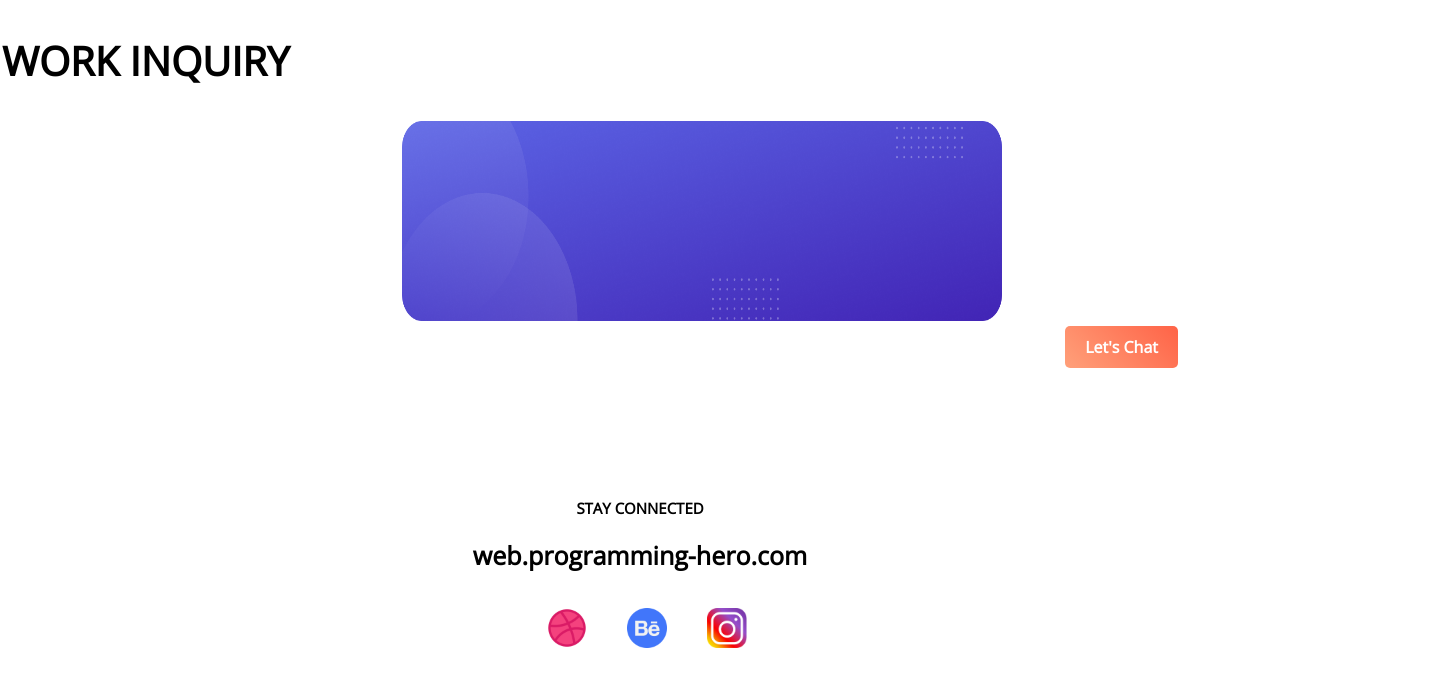
Repository: sabbircse3/personal-website
Page: index.html
These files come from the project's save history. The page is drawn as it stood at one moment and after a run of saves; the edit follows.
The browser window is 1280 px wide. The page is 1442 px wide, so the pictures cover 1442 px, including what lies to the right of the window. The pictures show the part of the page from y = 2386 to 3069 px (the page is 3069 px tall).

Above is the page before, as saved 2021-01-06 03:59:50.

### index.html
<!DOCTYPE html>
<html lang="en">
<head>
    <title>personal-website</title>
    <link rel="preconnect" href="https://fonts.gstatic.com">
    <link href="https://fonts.googleapis.com/css2?family=Open+Sans&display=swap" rel="stylesheet">
    <link rel="stylesheet" href="style.css">
</head>
<body>

        <div class="menu-1">
            <ul id="menu">
                <li><a href="#">Contact</a></li>
                <li><a href="#">Protfolio</a></li>
                <li><a href="#">Work</a></li>
                <li><a href="#">About</a></li>
            </ul>
        </div>


    <section class="top-banner ">
        <div class="half-width">
            <h1>HELLO, I'M <br> <span class="name-highlight">SABBIR HASAN</span></h1>
            <p>A full stack allaround designer that placerat in massa consectetur</p>
            <a class="link-button" target="_blank" href="https://www.linkedin.com/company/programminghero/">HIRE ME</a>
        </div>

        <div class="half-width">
            <img src="images/sabbir1.png" alt="">
        </div>
    </section>

    <section class="about ">
        <div class="half-width">
            <img src="images/sabbir1.png" alt="">
        </div>

        <div class="half-width">
            <h2> ABOUT</h2>
            <p>Lorem Ipsum is simply dummy text of the printing and typesetting industry. Lorem Ipsum has been the industry's standard dummy text ever since the 1500s, when an unknown printer took a galley of type and scrambled it to make a type specimen book.</p>
            <a class="link-button" target="_blank" href="https://www.linkedin.com/company/programminghero/">Download CV</a>
        </div>

    </section>

    <section class="experience-area">
        <h2 id="head-center"><span class="name-highlight">LASTET</span> WORKING PROJECT</h2>
        <div id="first-project" class="half-width single-experience">
            <img  src="images/image 4.png" alt="" class="center">
            <h3>Power-x-gym (gym website)</h3>
            <p>Lorem Ipsum is simply dummy text of the printing and typesetting industry.</p>

        </div>

        <div id="next-project" class="half-width single-experience">
            <img src="images/image 5.png" alt="" class="center">
            <h3>Creative Agency</h3>
            <p>Lorem Ipsum is simply dummy text of the printing and typesetting industry.</p>

        </div>

        <div id="next-project" class="half-width single-experience">
            <img src="images/image 8.png" alt="" class="center">
            <h3>Hard Rock Music</h3>
            <p>Lorem Ipsum is simply dummy text of the printing and typesetting industry.</p>

        </div>

    </section>



    <section class="education">
        <h1> <span class="name-highlight">EDU</span>CATION</h1>
        <div id="bachelor" class="half-width single-experience">
            <h3>Bachelor of Science in Computer Science</h3>
            <h3 class="blue-highlight">Khwaja Yunus Ali University</h3>
            <h3 class="orange-highlight">2016-2020</h3>
            <p>It is a reputaed private university in this country Bangladesh.</p>
        </div>

        <div id="others" class="half-width single-experience">
            <h3>Higher School Certificate</h3>
            <h3 class="blue-highlight">Bhagopara Shahid Dhanesh Uddin School and Collage</h3>
            <h4 class="orange-highlight">2014-2016</h4>
            <p>It is one of the best collage in our north said of country</p>
        </div>

		<div id="others" class="half-width single-experience">
            <h3>Secoundary School Certificate</h3>
            <h3 class="blue-highlight">Rajapur High School</h3>
            <h4 class="orange-highlight">2009-2014</h4>
            <p>This school is one of the best school in my native area where i was bron.</p>
        </div>

    </section>


    <section>
        <div class="lowest-banner">
            <h2>WORK INQUIRY </h2>
        </div>
        <div class="low-mid">
            <img src="images/Group_33094_1.png" width="600px" height="200px">
        </div>
        <div>
            <a class="chat-button" target="_blank" href="https://www.linkedin.com/company/programminghero/">Let's Chat</a>
        </div>

    </section>


    <footer>
        <h3>STAY CONNECTED</h3>
        <h2>web.programming-hero.com</h2>
        <div class="chat">
            <div class=" chat-experience">
                <img  src="images/image 6.png" alt="" class="center">
            </div>

            <div  class=" chat-experience">
                <img src="images/Group 33059.png" alt="" class="center">
            </div>

            <div  class=" chat-experience">
                <img src="images/image 7.png" alt="" class="center">
            </div>
        </div>

    </footer>




</body>
</html>

### style.css
body{
    font-family: 'Open Sans', sans-serif;
    margin: 2px;
    font-style: normal;
}
.menu-1{
	height: 90px;
}
#menu{
	list-style-type:none;
	width:900px;
	margin:10px auto;
}
#menu li{
	float:right;
}
#menu li a{
	color:black;
	text-decoration:none;
	padding:5px 10px;
}

h1{
    font-size: 50px;
}
h2{
    font-size: 40px;
}

.name-highlight{
    color: #FF8367;
}
.top-banner{

}
.half-width{
    width: 35%;
    float: left;
    margin-left: 5%;
    padding-left: 2%;
}
.half-width img{
    width: 100%;
}
section{
    height: 450px;
}
.link-button{
    text-decoration: none;
    background-image: linear-gradient(45deg, lightSalmon, tomato);
    padding: 10px 20px;
    border-radius: 5px;
    color: white;
    font-weight: 700;
}
#head-center{
    text-align: center;
    margin: 80px;
    padding: 50px;
}
.experience-area{
    background-color: #E5E5E5;
    background-position: left;
    width: 1440px;
    height: 814px;
}
.center {
    display: block;
    margin-left:-15px;
    margin-top: 15px;
    width: 50%;
  }
.orange-highlight{
    color: orange;
}
.single-experience{
    box-shadow: 0px 4px 4px rgba(0, 0, 0, 0.25);
    border-radius: 10px;
	height: 45%;
	width: 23%;
}
#first-project{
    background-color: white;
}
#next-project{
	background-color: white;
}

.education{
    background-image: url("images/exp-bg.png");
    background-repeat: no-repeat;
    background-position: left;
}
#bachelor{
    border-left: 7px solid;
    border-image: linear-gradient(180deg, lightSalmon, tomato);
    border-image-slice: 1;
    background-color: white;
    height: 55%;
	width: 25%;
}
#others{
    border-left: 7px solid;
    border-image: linear-gradient(180deg, blue, cyan);
    border-image-slice: 1;
    height: 55%;
	width: 25%;
}
.blue-highlight{
    color:rgba(0, 0, 139, 0.705);
}
.lowest-banner{
  margin-top: 00px;

}
.low-mid{
    margin-left: 400px;
}
.chat-button{
    text-decoration: none;
    background-image: linear-gradient(45deg, lightSalmon, tomato);
    padding: 10px 20px;
    margin-right: 100px;
    border-radius: 5px;
    color: white;
    font-weight: 700;
    float: right;
}

footer h2{
    text-align: center;
    font-size: 25px;
}
footer h3{
    text-align: center;
    font-size: 15px;
}
.chat{
    margin-left: 560px;
}
.chat-experience{
	height: 90px;
    width: 80px;
    display: block;
    float:left;
}

After the next 2 saves:
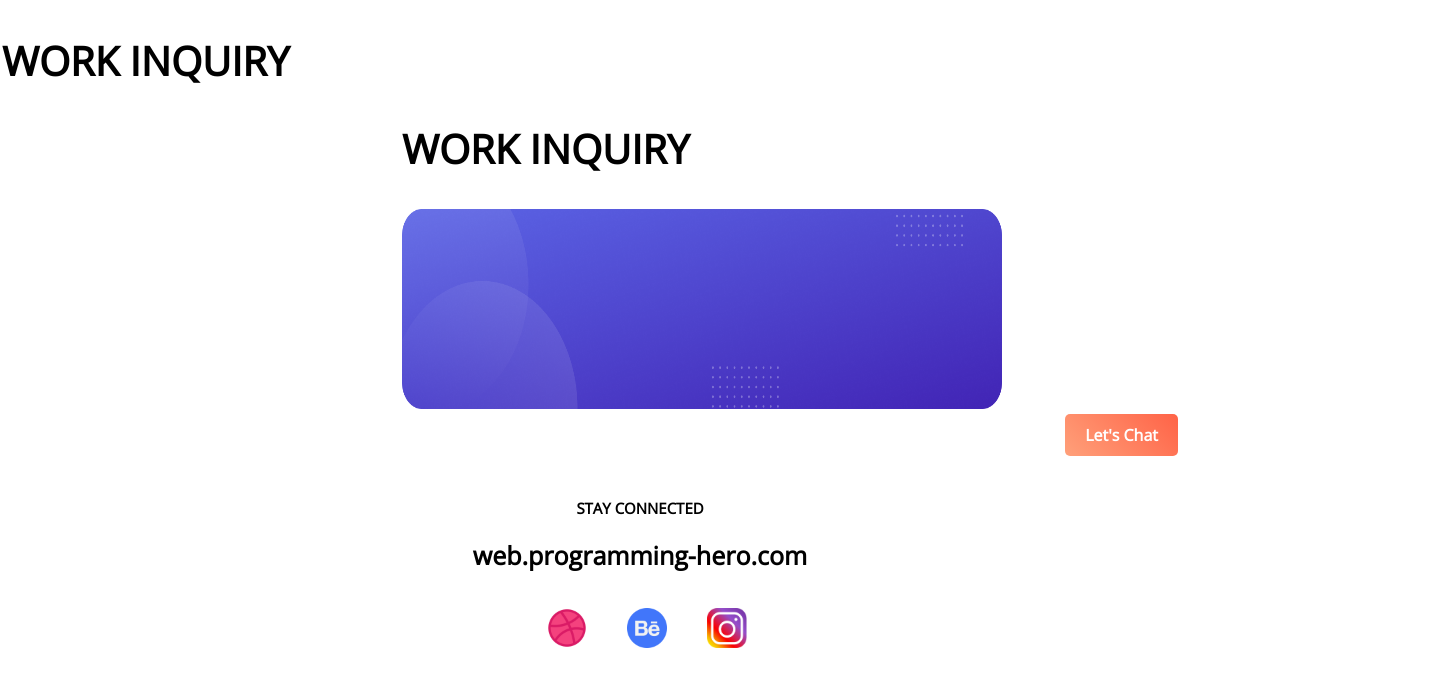
The 2 saves are shown as one change because they came seconds apart.
The last was saved 16 s later.
--- a/index.html
+++ b/index.html
@@ -101,6 +101,7 @@
             <h2>WORK INQUIRY </h2>
         </div>
         <div class="low-mid">
+            <h2>WORK INQUIRY </h2>
             <img src="images/Group_33094_1.png" width="600px" height="200px">
         </div>
         <div>
